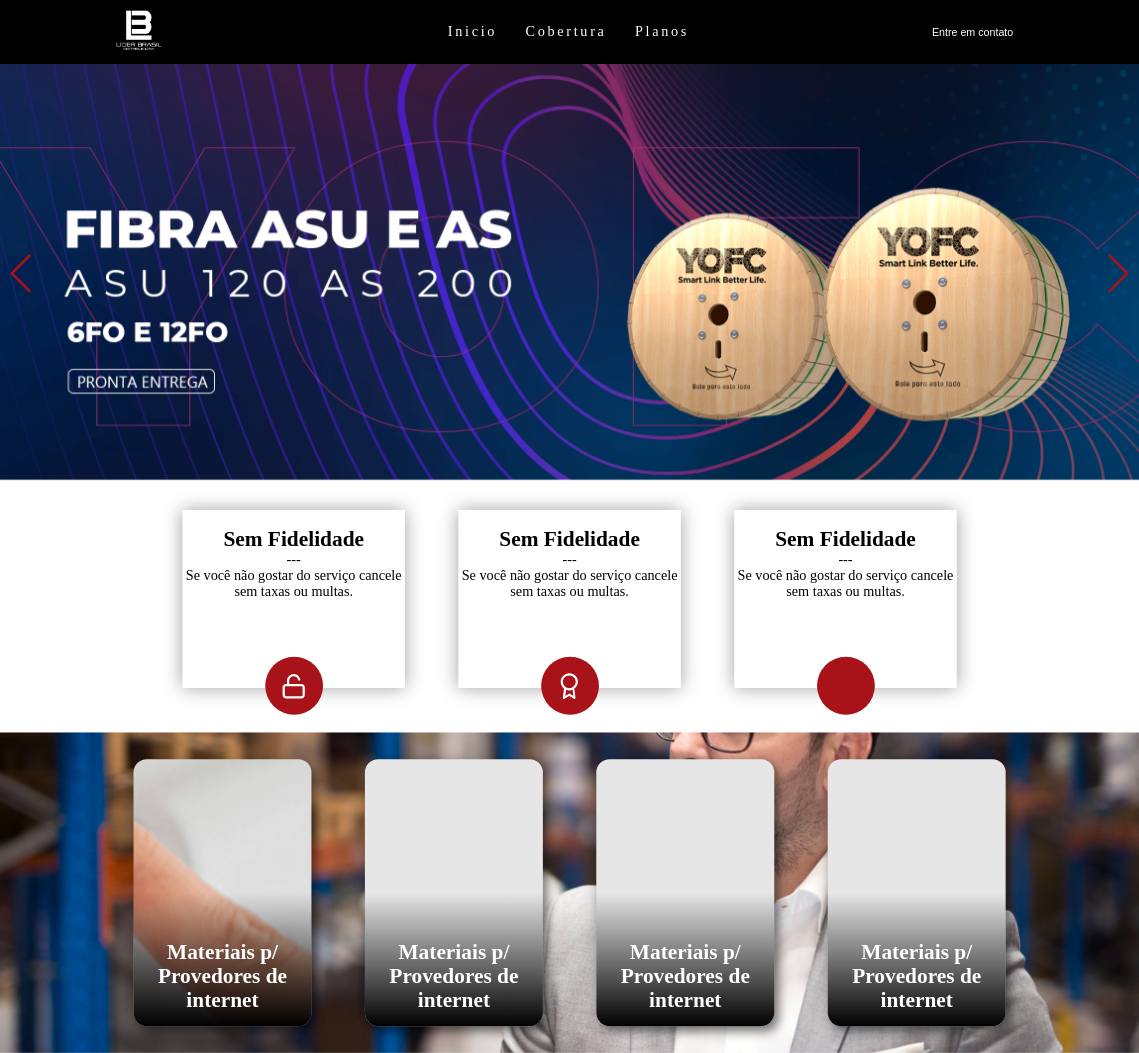
Repository: mateus-henrique-silva/Novo_institucional_lider
Page: index.html
The author's editor kept a copy of each file at every save. The page is drawn from the files as they stood at one save, then again after the next save.
The browser window is 1280 px wide. The pictures show the whole page, at 89% of full size.
Backgrounds fixed to the window are drawn as part of the page. Some web fonts or font styles are not loaded; a fallback is used.

Above is the page before, as saved 2022-09-06 10:33:37.
Console error: SyntaxError: Identifier 'MobileNavbar' has already been declared

### index.html
<!DOCTYPE html>
<html lang="en">
  <head>
    <meta charset="UTF-8" />
    <meta http-equiv="X-UA-Compatible" content="IE=edge" />
    <meta name="viewport" content="width=device-width, initial-scale=1.0" />
    <meta
      name="viewport"
      content="width=device-width, user-scalable=yes, initial-scale=1.0, maximum-scale=10, minimum-scale=1.0"
    />
    <link rel="stylesheet" href="./src/CSS/Global.css" />
    <link rel="stylesheet" href="./src/CSS/Header/style.css" />
    <link rel="stylesheet" href="./src/CSS/Main/style.css" />
    <link rel="stylesheet" href="./src/CSS/Main/Carousel/styles.css" />
    <link rel="stylesheet" href="./src/CSS/Main/Box/style.css" />
    <link rel="stylesheet" href="./src/CSS/Main/Products/style.css" />
    <link
      rel="stylesheet"
      href="https://unpkg.com/swiper@8/swiper-bundle.min.css"
    />

    <title>Líder Brasil</title>
  </head>
  <body>
    <header>
      <nav>
        <a class="logo"
          ><img src="./src/Assets/Logo/lb.png" width="50" alt=""
        /></a>
        <div class="mobile-menu">
          <div class="line1"></div>
          <div class="line2"></div>
          <div class="line3"></div>
        </div>
        <ul class="nav-list">
          <li><a href="#network index.html">Inicio</a></li>
          <li><a href="#map-container">Cobertura</a></li>
          <li><a href="#container">Planos</a></li>
        </ul>
        <ul>
          <li style="list-style: none; font-size: 10px">
            <a
              href="#"
              style="
                font-size: 12px;
                padding: 10px;
                font-family: arial;
                color: white;
              "
              onclick="openForm()"
              class="contact-header"
              >Entre em contato</a
            >
          </li>
        </ul>
      </nav>
    </header>
    <main>
      <section>
        <div class="swiper">
          <div class="swiper-wrapper">
            <div class="swiper-slide">
              <div class="project-img">
                <img
                  src="./src/Assets/img/carrossel/desktop/drop-desktop.png"
                  alt="Foto 01"
                />
              </div>
              <div class="project-img" id="mobile-img">
                <img
                  src="./src/Assets/img/carrossel/mobile/drop-mobile.png"
                  alt="Foto 03"
                />
              </div>
            </div>
            <div class="swiper-slide">
              <div class="project-img">
                <img
                  src="./src/Assets/img/carrossel/desktop/escada-desktop.png"
                  alt="Foto 01"
                />
              </div>
              <div class="project-img" id="mobile-img">
                <img
                  src="./src/Assets/img/carrossel/mobile/escada-mobile.png"
                  alt="Foto 03"
                />
              </div>
            </div>
            <div class="swiper-slide">
              <div class="project-img">
                <img src="./src/Assets/img/teste6.png" alt="Foto 01" />
              </div>
              <div class="project-img" id="mobile-img">
                <img src="./src/Assets/img/foto_03.png" alt="Foto 03" />
              </div>
            </div>
          </div>
          <div class="swiper-button-next"></div>
          <div class="swiper-button-prev"></div>
          <div class="swiper-pagination"></div>
        </div>
      </section>
      <section>
        <div class="section-box">
          <!-- card 1 -->

          <ul>
            <li class="box">
              <div class="box-inter">
                <h1>Sem Fidelidade</h1>
                <p>---</p>

                <p>
                  Se você não gostar do serviço cancele sem taxas ou multas.
                </p>
              </div>

              <div class="obj">
                <img
                  src="./src/Assets/img/icons/unlock.svg"
                  alt="arrowup"
                  srcset=""
                />
              </div>
            </li>
            <!-- card 2 -->
            <li class="box">
              <div class="box-inter">
                <h1>Sem Fidelidade</h1>
                <p>---</p>

                <p>
                  Se você não gostar do serviço cancele sem taxas ou multas.
                </p>
              </div>

              <div class="obj">
                <img
                  src="./src/Assets/img/icons/award.svg"
                  alt="arrowup"
                  srcset=""
                />
              </div>
            </li>
            <!-- card 3 -->
            <li class="box">
              <div class="box-inter">
                <h1>Sem Fidelidade</h1>
                <p>---</p>

                <p>
                  Se você não gostar do serviço cancele sem taxas ou multas.
                </p>
              </div>

              <div class="obj">
                <img
                  src="./src/Assets/img/icons/chevrons-up.svg"
                  alt="arrowup"
                  srcset=""
                />
              </div>
            </li>
          </ul>
        </div>
      </section>

      <section>
        <div class="background">
          <img
            class="img"
            src="./src/Assets/img/icons/aBlack.svg"
            alt=""
            srcset=""
          />

          <ul>
            <li>

              <div class="products" id="products-one">
                <div class="back-radient">
                <button>text</button>
                <div>
                  <h2>Materiais p/ Provedores de internet</h2>
                </div>

              </div>
            </div>
            </li>

            <li>

              <div class="products" id="products-two">
                <div class="back-radient">
                <button>text</button>
                <div>
                  <h2>Materiais p/ Provedores de internet</h2>
                </div>

              </div>
            </div>
            </li>

              <li>

              <div class="products" id="products-three">
                <div class="back-radient">
                <button>text</button>
                <div>
                  <h2>Materiais p/ Provedores de internet</h2>
                </div>

              </div>
            </div>
            </li>
              <li>

              <div class="products" id="products-four">
                <div class="back-radient">
                <button>text</button>
                <div>
                  <h2>Materiais p/ Provedores de internet</h2>
                </div>

              </div>
            </div>
            </li>
          </ul>
        </div>
      </section>
    </main>
    <footer></footer>
    <script src="https://unpkg.com/swiper@8/swiper-bundle.min.js"></script>
    <script src="./src/Scripts/Carousel/scripts.js"></script>
    <script src="./src/Scripts/Mobile/scripts.js"></script>
    <script src="./src/Scripts/Global.js"></script>
  </body>
</html>

### src/CSS/Global.css
@import url("https://fonts.googleapis.com/css2?family=Montserrat:ital,wght@0,100;0,200;0,300;0,400;0,500;0,600;0,700;0,800;0,900;1,100;1,200;1,300;1,400;1,500;1,600;1,700;1,800;1,900&family=Source+Serif+Pro:ital,wght@0,200;0,300;0,400;0,600;0,700;0,900;1,200;1,300;1,400;1,600;1,700;1,900&display=swap");

* {
  font-family: 'Source Serif Pro', serif;
  margin: 0;
  padding: 0;
  border: 0;

}


body{

}

### src/CSS/Header/style.css
header {
  width: 100%;
  background-color: black;
  margin-top: 0;
}
a {
  color: black;
  text-decoration: none;
  transition: 0.3s;
}

a:hover {
  opacity: 0.7;
}

.logo {
  align-items: center;
  width: 6%;

  text-transform: uppercase;
  letter-spacing: 4px;
}

.logo h1 {
  font-size: 12px;
}

nav {
  display: flex;
  z-index: 1;

  width: 100%;
  margin-top: 0;

  justify-content: space-around;
  align-items: center;
  background-color: black;
  height: 10vh;
}

.nav-list {
  text-align: center;
  justify-content: center;
  list-style: none;
  display: flex;
  z-index: 1;
}

.nav-list li {
  letter-spacing: 3px;
  margin-left: 32px;
}
.nav-list li a {
  color: white;
}
.nav-list li a:hover {
  color: #ff073b;
}

.mobile-menu {
  display: none;
  margin-left: 80px;
  cursor: pointer;
}

.mobile-menu div {
  transition: 0.3s;

  width: 32px;
  height: 2px;
  background: white;
  margin: 8px;
}

@media (max-width: 950px) {
  body {
    overflow-x: hidden;
  }

  .nav-list {
    position: absolute;
    top: 7vh;
    right: 0;
    width: 100vw;
    height: 100vh;
    background-color: white;
    flex-direction: column;
    color: white;
    /* align-items: center; */
    display: none;
    justify-content:flex-start;
    transition: 0.4s ease-in;
    /* justify-content: space-around; */
    transform: translateX(100%);
  }

  .nav-list li {
    margin-top:100px;
    margin-left: 0;
    opacity: 0;
  }

  .mobile-menu {
    display: block;
  }
  .contact-header {
    display: none;
  }

  .logo {
    margin-left:10px;
    width: 60%;
  }
}

.nav-list.active {
  transition: 0.3s;
  overflow-y: hidden;
  position: fixed;
  z-index: 10000;
  background-color: black;
  transform: translateX(0);
  display: flex;
}

.nav-list.active li {
  color: white!important;
  font-weight:bold;
}

.nav-list.active li {
  color: white;
}

@keyframes navLinkFade {
  from {
    opacity: 0;
    transform: translateX(50px);
  }

  to {
    opacity: 1;
    transform: translateX(0);
  }
}

.mobile-menu.active .line1 {
  transform: rotate(-45deg) translate(-8px, 8px);
}

.mobile-menu.active .line2 {
  opacity: 0;
}

.mobile-menu.active .line3 {
  transform: rotate(45deg) translate(-5px, -7px);
}

### src/CSS/Main/style.css
main{
    width: 100%;
    height: 100%;

    max-width: 100vw;
}


section{

    width: 100%;
    max-width: 100vw;
    height: 100%;
}


ul li {
    list-style: none;
}

### src/CSS/Main/Carousel/styles.css
.swiper {
    height: 100%!important;

  }

  .swiper-slide {
    text-align: center;
    display: flex;
    height: 100%!important;
    align-items: center;
    justify-content: center;
  }

  @media (max-width: 450px) {
    .swiper {
      height: 270px;
    }

    .project-img img{
      width: 100%;
      height: 100%!important;
    }
  }

  .project-img img{
    width: 100%;
    /* height: 80vh; */
  }



  .swiper-pagination-bullet{
    color: white !important;
    /* margin-top:-10px!important; */
    background-color:white !important;
  }

  /*
    largura => 3840
    Altura => 420

  */


  .swiper-button-next:after, .swiper-button-prev:after{
    color:#a71319 !important;
  }

  #mobile-img{
    display: none;
  }


  @media(max-width:999px){
    #mobile-img{
      display: block!important;
    }


    .project-img{
      display:none;
    }
  }


.menu{
  display:flex;
  flex-direction:column;
}

### src/CSS/Main/Box/style.css
.section-box {
  width: 100%;

  justify-content: center;
  align-items: center;
  display: flex;
}

.box {
  display: flex;
  flex-direction: column;
  /* justify-content: center; */

  justify-content: flex-end;
  align-items: center;
  height: 100%;
  margin: 30px;
  margin-bottom: 20px;
  /* width: 100%; */
  /* background-color: red; */
}

@media (max-width: 770px) {
  .section-box {
    width: 100%;
    justify-content: space-around;
    flex-direction: column;
    display: flex;
  }

  .box-inter {
    background-color: white;
    height: 100px;
    width: 200px;
    /* width: 100%; */
  }
}

@media (max-width: 480px) {
  .box-inter {
    height: 170px !important;
    width: 170px !important;
    /* width: 100%; */
  }

  .obj {
    height: 45px !important;

    margin-top: -35px;
    width: 45px !important;
  }

  .obj img {
    width: 20px !important;
  }
}

.box-inter {
  background-color: white;
  height: 200px;
  width: 250px;
  -webkit-box-shadow: 0px 0px 20px 0px rgba(0, 0, 0, 0.37);
  box-shadow: 0px 0px 20px 0px rgba(0, 0, 0, 0.37);
  display: flex;

  flex-direction: column;
  align-items: center;
  text-align: center;

  /* width: 100%; */
}

.box-inter h1 {
  margin-top: 20px;
  font-size: clamp(1em, 1em + 1vw, 1.5em);
}

.box p {
  font-size: clamp(1em, 1em + 0.5vw, 0.5em);
}
.obj {
  background-color: #a71319;
  height: 65px;

  border-radius: 50%;
  display: flex;
  align-items: center;
  justify-content: center;
  margin-top: -35px;
  width: 65px;
}

.obj img {
  width: 30px;
}

.section-box ul {
  display: flex;
  overflow-x: auto;
  width: 100%;
  justify-content: center;
  scroll-behavior: smooth;
}

.section-box .img-arrow {
  display: none;
}

@media (max-width: 600px) {
  .section-box .img-arrow {
    display: flex;
    justify-content: flex-end;

    animation: mymove 0.8s infinite;
  }
  .section-box ul {
    display: flex;
    overflow-x: auto;
    width: 100%;
    justify-content: flex-start;
    scroll-behavior: smooth;
  }
  @keyframes mymove {
    from {
      left: 280px;
    }
    to {
      left: 300px;
    }
  }
}

### src/CSS/Main/Products/style.css
.background {
  width: 100%;
  background: url("../../../Assets/img/Background/medio.jpg") no-repeat center
    fixed;
  height: 100%;
  display: flex;
  justify-content: space-around;
  justify-content: center;
  align-items: center;
}
.background ul {
  display: flex;
  overflow-x: auto;
  overflow-y: hidden;
  scroll-behavior: smooth;
  /* width: 100px; */
}
.background img {
  display: none;
}

.background ul li .products .img {
  display: flex;
}

.products {
  margin: 30px;

    border-radius:15px;

  background-size: 100%;

  height: 300px;
  width: 200px;
  -webkit-box-shadow: 0px 0px 20px 0px rgba(0, 0, 0, 0.2) !important;
  box-shadow: 0px 0px 20px 0px rgba(0, 0, 0, 0.2) !important;
  background-color: white;
  display: flex;
  text-align: center;
  flex-direction: column;
  align-items: center;
  box-sizing: border-box;
  transition: 0.5s;
}

.products div h2 {
  margin-bottom: 15px;
   color:white;
  transition:2s;
}
.products:hover .back-radient {
  align-items: center;
  justify-content: center;
  transition:2s;
}
.products:hover div h2 {

  display: none;
}
@media (max-width: 600px) {
  .background .img {
    position: absolute;
    margin-top: 170px;
    display: flex;
    justify-content: flex-end;
    animation: mymove 0.8s infinite;
  }

  @keyframes mymove {
    from {
      left: 280px;
    }
    to {
      left: 300px;
    }
  }
}

.products button {
  background-color: black;
  display: none;
  color: white;
  cursor: pointer;
  transition: 0.7s;
  padding: 8px 25px 8px;
}

button:hover {
  text-decoration: underline;
}

.products:hover button {
  background-color: black;
  display: flex;

  color: white;
  cursor: pointer;
  padding: 8px 25px 8px;
}
.back-radient{
  width: 100%;
height: 100%;

transition: 0.7s;
display: flex;
align-items: flex-end;
background: linear-gradient(180deg, rgba(0, 0, 0, 0.0962963) 50%, #000000 100%);
box-shadow: 5px 6px 11px rgba(0, 0, 0, 0.45);
border-radius: 15px;
}

#products-one{
  background: url("../../../Assets/img/Background/products/alarme.png")
  no-repeat center!important;
}

### src/Scripts/Mobile/scripts.js
class MobileNavbar{


    constructor(mobileMenu, navList, navLinks){
        this.mobileMenu = document.querySelector(mobileMenu);
        this.navList = document.querySelector(navList);
        this.navLinks = document.querySelectorAll(navLinks);
        this.activeClass = "active";
        this.hadleClick =  this.hadleClick.bind(this);


    }

    animateLinks(){
        this.navLinks.forEach((link, index)=>{

            var calc = index/7+0.3;


            link.style.animation
            ?(link.style.animation="")
            :(link.style.animation= `navLinkFade 0.5s ease forwards ${calc}s`);


        });


    }


    hadleClick(){


        this.navList.classList.toggle(this.activeClass);
        this.mobileMenu.classList.toggle(this.activeClass);
        this.animateLinks();
    }

    addClickEvent(){
        this.mobileMenu.addEventListener("click", this.hadleClick);


    }

    init(){

        if(this.mobileMenu){

            this.addClickEvent();
        }
        return this;
    }
    }



    const mobileNavbar = new MobileNavbar(

        ".mobile-menu",

        ".nav-list",

        ".nav-list li",


        );


    mobileNavbar.init();

### src/Scripts/Global.js
document.onmousedown=disableclick;
function disableclick(event)
{
  if(event.button==2)
   {
     return false;
   }
}

### src/Assets/img/icons/award.svg
<?xml version="1.0" encoding="utf-8"?>
<!-- Generator: Adobe Illustrator 24.0.1, SVG Export Plug-In . SVG Version: 6.00 Build 0)  -->
<svg version="1.1" id="Camada_1" xmlns="http://www.w3.org/2000/svg" xmlns:xlink="http://www.w3.org/1999/xlink" x="0px" y="0px"
	 viewBox="0 0 24 24" style="enable-background:new 0 0 24 24;" xml:space="preserve">
<style type="text/css">
	.st0{fill:#FFFFFF;}
</style>
<path class="st0" d="M19.5,8.1c0-4.3-3.5-7.7-7.7-7.7S4,3.9,4,8.1c0,2.5,1.2,4.7,3,6.1l-1.1,8.3c0,0.4,0.1,0.7,0.4,0.9
	c0.3,0.2,0.7,0.2,1,0l4.3-2.6l4.3,2.6c0.2,0.1,0.3,0.1,0.5,0.1c0.2,0,0.4-0.1,0.5-0.2c0.3-0.2,0.5-0.6,0.4-0.9l-1.1-8.3
	C18.3,12.8,19.5,10.6,19.5,8.1z M5.9,8.1c0-3.2,2.6-5.8,5.8-5.8s5.8,2.6,5.8,5.8s-2.6,5.8-5.8,5.8S5.9,11.3,5.9,8.1z M15.4,20.8
	l-3.1-1.9c-0.3-0.2-0.7-0.2-1,0l-3.1,1.9l0.7-5.5c0.9,0.4,1.9,0.6,2.9,0.6c1,0,2-0.2,2.9-0.6L15.4,20.8z"/>
</svg>

### src/Assets/img/icons/chevrons-up.svg
<svg xmlns="http://www.w3.org/2000/svg" width="24" height="24" viewBox="0 0 24 24" fill="none" stroke="" stroke-width="2" stroke-linecap="round" stroke-linejoin="round" class="feather feather-chevrons-up"><polyline points="17 11 12 6 7 11"></polyline><polyline points="17 18 12 13 7 18" color="white"></polyline></svg>

After the next save:
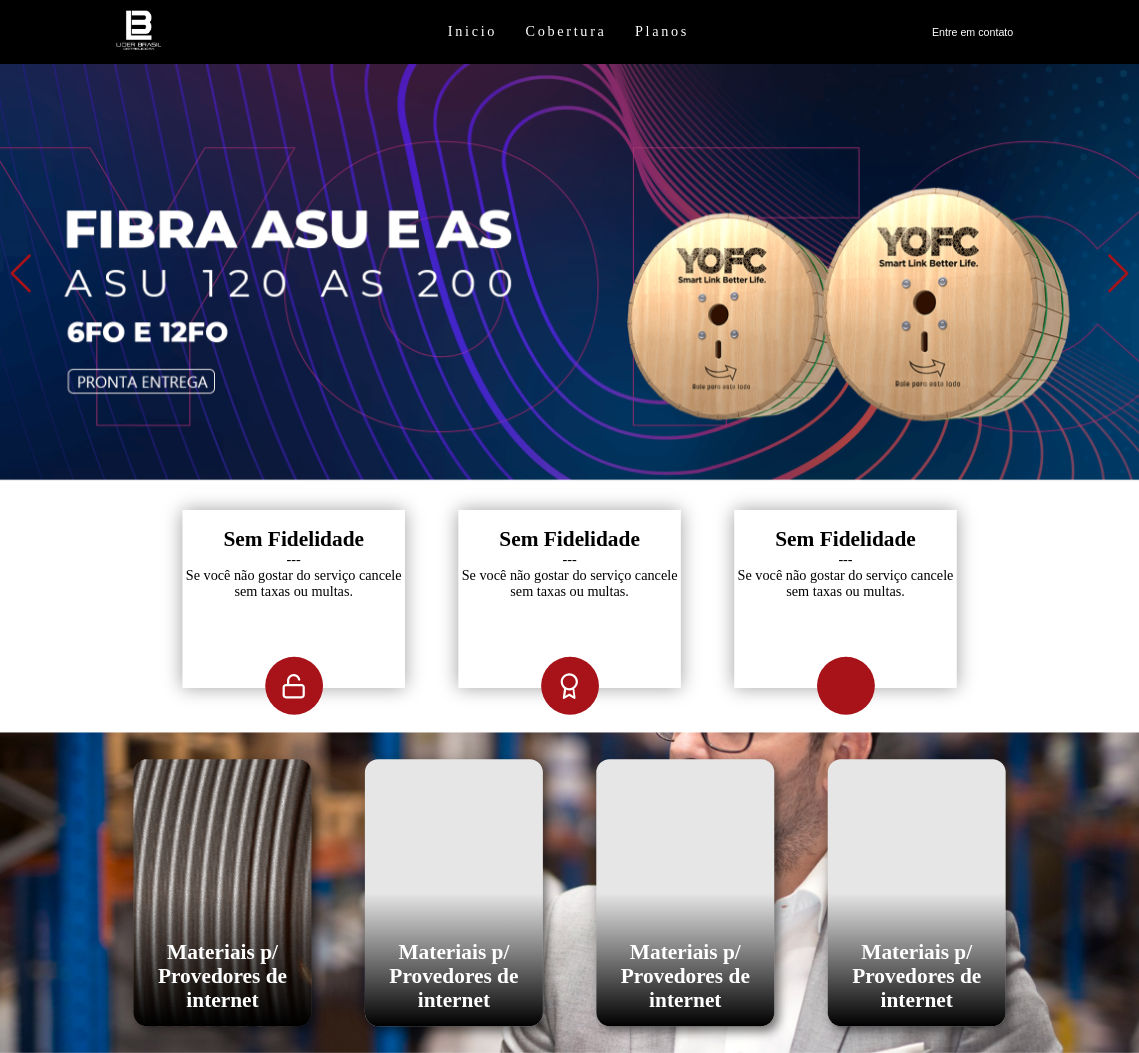
Saved 6 s later.
--- a/src/CSS/Main/Products/style.css
+++ b/src/CSS/Main/Products/style.css
@@ -110,6 +110,6 @@
 }
 
 #products-one{
-  background: url("../../../Assets/img/Background/products/alarme.png")
+  background: url("../../../Assets/img/Background/products/db.png")
   no-repeat center!important;
 }
